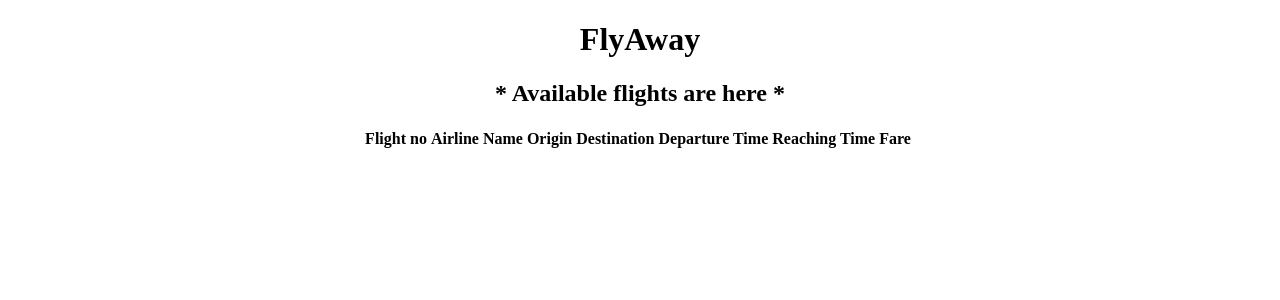
Repository: KartikMuchakandimath/Flyaway
Page: http://localhost/FlayAway/FlightDetails.jsp
These files come from the project's save history. The page is drawn as it stood at one moment and after the next save; the edit follows.
The browser window is 1280 px wide. The pictures show the whole page.
The page is served by Tomcat 9. Queries for data that is not in the repository find no rows.

Above is the page before, as saved 2022-04-22 11:34:44.

After the next save:
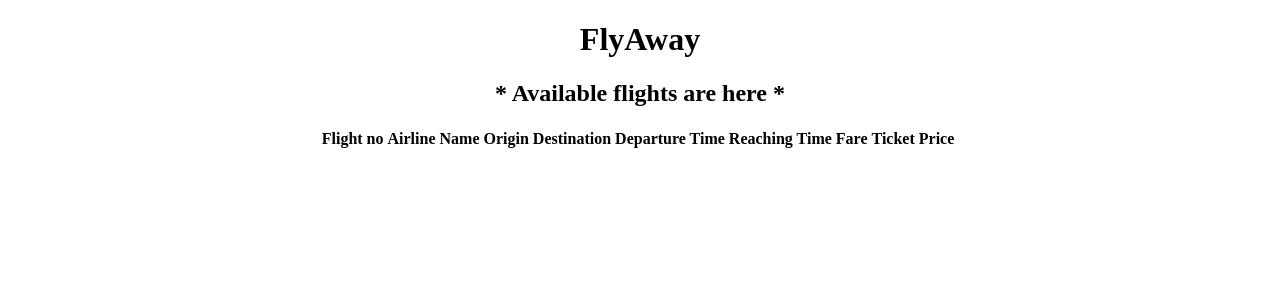
Saved 32 s later.
--- a/FlayAway/src/main/webapp/FlightDetails.jsp
+++ b/FlayAway/src/main/webapp/FlightDetails.jsp
@@ -28,7 +28,10 @@
 				<th> Destination </th>
 				<th> Departure Time </th>
 				<th> Reaching Time </th>
-				<th> Fare</th><th></th>
+				<th> Fare</th>
+				<th> Ticket Price</th>
+				<th></th>
+
 			</tr>
 
 		<%
